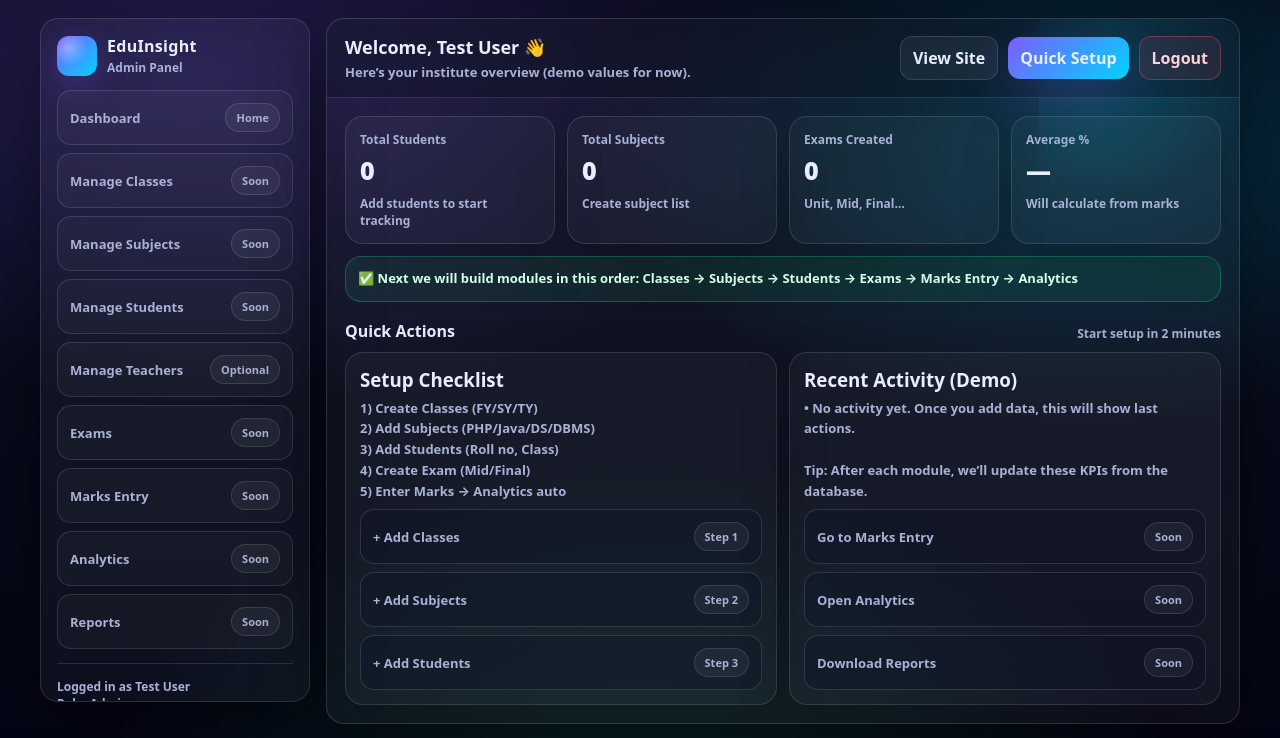
Repository: Kaifclash/EduInsight
Page: http://localhost/dashboard/admin_dashboard.php
An editor plug-in stored every save of this project. The page is shown before and after the next save, followed by the edit.
The browser window is 1280 px wide. The pictures show the whole page.
The page is run by PHP 8.4 with error messages shown; the project is at /var/www/html/. The session is filled in as if someone had signed in: {"user_id": 1, "role": "admin", "full_name": "Test User"}.

Above is the page before, as saved 2026-02-10 19:19:40.

After the next save:
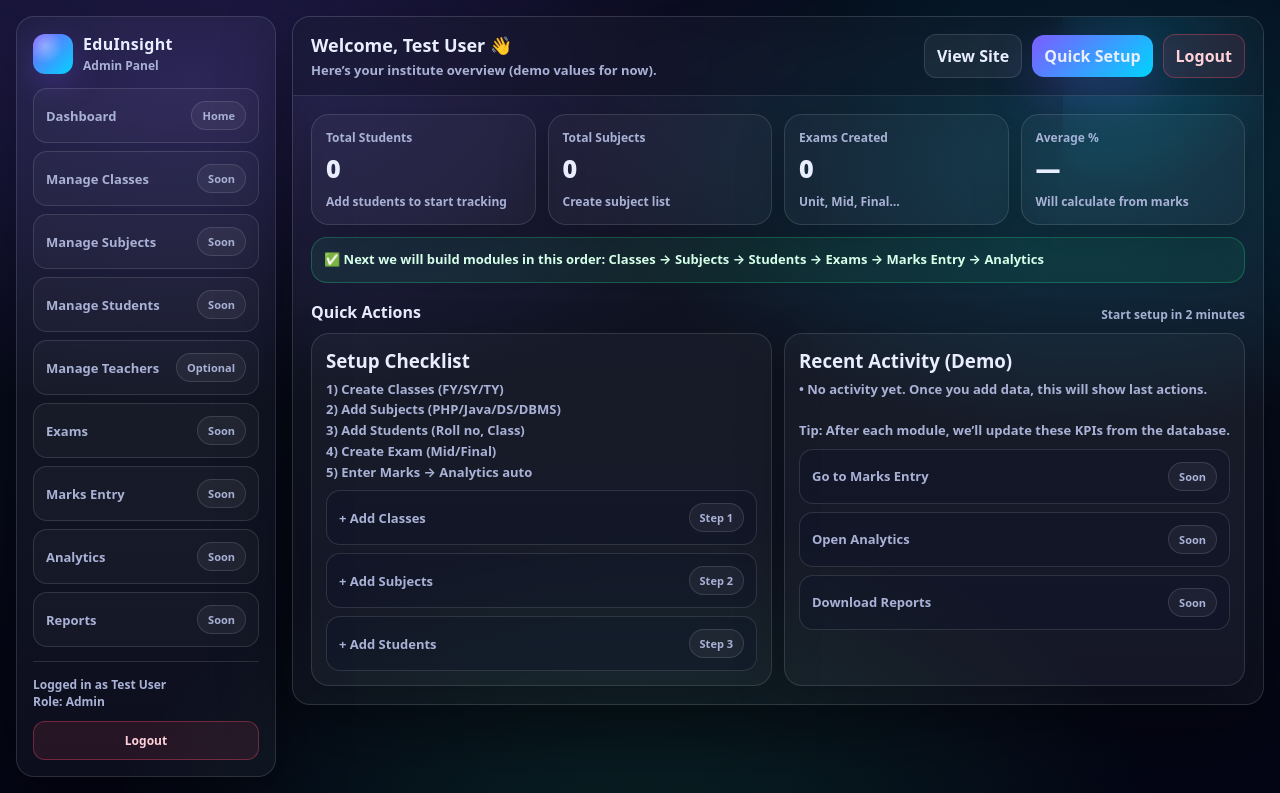
Saved 10 min 2 s later.
--- a/dashboard/admin_dashboard.php
+++ b/dashboard/admin_dashboard.php
@@ -28,7 +28,9 @@ $fullName = $_SESSION["full_name"] ?? "Admin";
       --shadow: 0 20px 70px rgba(0,0,0,.45);
       --radius:18px;
     }
+
     *{box-sizing:border-box;}
+
     body{
       margin:0;
       font-family: ui-sans-serif, system-ui, -apple-system, Segoe UI, Roboto, Arial;
@@ -40,14 +42,21 @@ $fullName = $_SESSION["full_name"] ?? "Admin";
         linear-gradient(180deg, #060816 0%, var(--bg) 55%, #040514 100%);
       min-height:100vh;
       overflow-x:hidden;
-    }
+      overflow-y:auto; /* ✅ important */
+    }
+
     a{color:inherit;text-decoration:none;}
+
+    /* ✅ Full width responsive layout */
     .layout{
-      width:min(1200px, 94%);
-      margin: 18px auto;
+      width:100%;
+      max-width:1400px;
+      margin: 16px auto;
+      padding: 0 16px;
       display:grid;
-      grid-template-columns: 270px 1fr;
+      grid-template-columns: 260px 1fr;
       gap:16px;
+      align-items:start;
     }
 
     /* Sidebar */
@@ -57,11 +66,13 @@ $fullName = $_SESSION["full_name"] ?? "Admin";
       background: rgba(255,255,255,.04);
       box-shadow: var(--shadow);
       overflow:hidden;
-      position:sticky;
-      top:18px;
-      height: calc(100vh - 36px);
       padding:16px;
-    }
+
+      /* ✅ remove fixed height / sticky */
+      position: relative;
+      min-height: calc(100vh - 32px);
+    }
+
     .brand{
       display:flex; align-items:center; gap:10px;
       font-weight:900;
@@ -84,6 +95,7 @@ $fullName = $_SESSION["full_name"] ?? "Admin";
       font-size:12px;
       letter-spacing:0;
     }
+
     .nav{
       margin-top:10px;
       display:grid;
@@ -116,6 +128,7 @@ $fullName = $_SESSION["full_name"] ?? "Admin";
       background: rgba(255,255,255,.05);
       color: var(--muted);
     }
+
     .side-footer{
       margin-top:14px;
       border-top:1px solid var(--border);
@@ -134,7 +147,11 @@ $fullName = $_SESSION["full_name"] ?? "Admin";
       box-shadow: var(--shadow);
       overflow:hidden;
       position:relative;
-    }
+
+      /* ✅ always fills screen */
+      min-height: calc(100vh - 32px);
+    }
+
     .main::before{
       content:"";
       position:absolute;
@@ -158,14 +175,17 @@ $fullName = $_SESSION["full_name"] ?? "Admin";
       top:0;
       z-index:5;
     }
+
     .hello b{font-size:18px;}
     .hello div{color:var(--muted); font-weight:700; font-size:13px; margin-top:4px;}
+
     .actions{
       display:flex;
       gap:10px;
       align-items:center;
       flex-wrap:wrap;
     }
+
     .btn{
       border:1px solid var(--border);
       background: rgba(255,255,255,.06);
@@ -180,6 +200,7 @@ $fullName = $_SESSION["full_name"] ?? "Admin";
       align-items:center;
       justify-content:center;
       user-select:none;
+      white-space:nowrap;
     }
     .btn:hover{transform: translateY(-1px); background: rgba(255,255,255,.10);}
     .btn-primary{
@@ -195,11 +216,13 @@ $fullName = $_SESSION["full_name"] ?? "Admin";
 
     /* Content */
     .content{padding:18px;}
+
     .grid{
       display:grid;
       grid-template-columns: repeat(4, 1fr);
       gap:12px;
     }
+
     .card{
       border:1px solid var(--border);
       border-radius: var(--radius);
@@ -264,9 +287,10 @@ $fullName = $_SESSION["full_name"] ?? "Admin";
       line-height:1.5;
     }
 
+    /* ✅ Responsive */
     @media (max-width: 1050px){
       .layout{grid-template-columns: 1fr;}
-      .sidebar{position:relative; height:auto;}
+      .sidebar{min-height:auto;}
       .grid{grid-template-columns: repeat(2, 1fr);}
       .two{grid-template-columns:1fr;}
     }
@@ -292,13 +316,10 @@ $fullName = $_SESSION["full_name"] ?? "Admin";
 
       <div class="nav">
         <a href="admin_dashboard.php">Dashboard <span class="pill">Home</span></a>
-
-        <!-- Next modules (we’ll build one-by-one) -->
         <a href="#" onclick="return comingSoon('Classes');">Manage Classes <span class="pill">Soon</span></a>
         <a href="#" onclick="return comingSoon('Subjects');">Manage Subjects <span class="pill">Soon</span></a>
         <a href="#" onclick="return comingSoon('Students');">Manage Students <span class="pill">Soon</span></a>
         <a href="#" onclick="return comingSoon('Teachers');">Manage Teachers <span class="pill">Optional</span></a>
-
         <a href="#" onclick="return comingSoon('Exams');">Exams <span class="pill">Soon</span></a>
         <a href="#" onclick="return comingSoon('Marks Entry');">Marks Entry <span class="pill">Soon</span></a>
         <a href="#" onclick="return comingSoon('Analytics');">Analytics <span class="pill">Soon</span></a>
@@ -330,7 +351,6 @@ $fullName = $_SESSION["full_name"] ?? "Admin";
       </div>
 
       <div class="content">
-        <!-- KPI Cards -->
         <div class="grid">
           <div class="card kpi">
             <div class="label">Total Students</div>
@@ -355,10 +375,10 @@ $fullName = $_SESSION["full_name"] ?? "Admin";
         </div>
 
         <div class="note">
-          ✅ Next we will build modules in this order: <b>Classes → Subjects → Students → Exams → Marks Entry → Analytics</b>
-        </div>
-
-        <!-- Quick Actions + Recent -->
+          ✅ Next we will build modules in this order:
+          <b>Classes → Subjects → Students → Exams → Marks Entry → Analytics</b>
+        </div>
+
         <div class="section-title">
           <h2>Quick Actions</h2>
           <p>Start setup in 2 minutes</p>
@@ -402,12 +422,6 @@ $fullName = $_SESSION["full_name"] ?? "Admin";
   </div>
 
   <script>
-    // demo KPIs (until we connect real DB queries)
-    document.getElementById("kStudents").textContent = "0";
-    document.getElementById("kSubjects").textContent = "0";
-    document.getElementById("kExams").textContent = "0";
-    document.getElementById("kAvg").textContent = "—";
-
     function comingSoon(name){
       alert(name + " module next step me banayenge 👍");
       return false;
